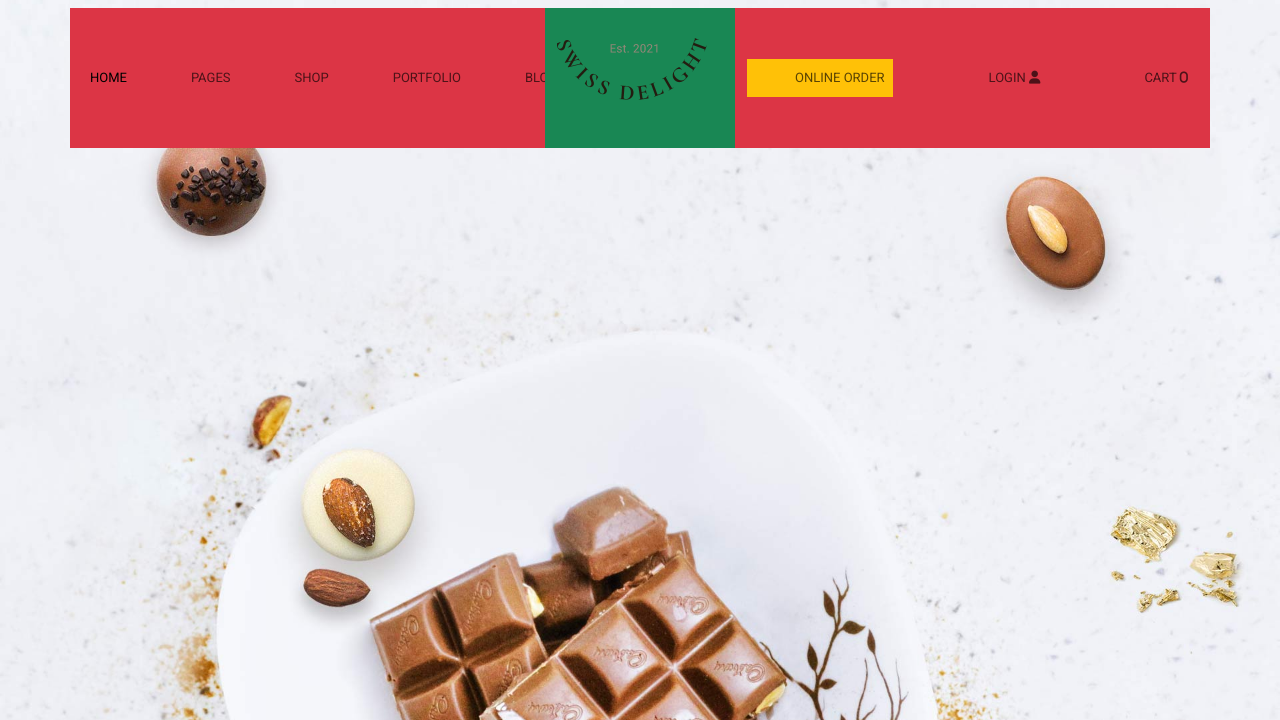
Repository: HadelAbdellatif/Project1
Page: index.html
An editor plug-in stored every save of this project. The page is shown before and after the next save, followed by the edit.
The browser window is 1280 px wide. The pictures show the whole page.

Above is the page before, as saved 2023-10-15 00:54:40.
Console error: TypeError: Cannot read properties of null (reading 'addEventListener')

### index.html
<!doctype html>
<html lang="en">

<head>
  <meta charset="utf-8">
  <meta name="viewport" content="width=device-width, initial-scale=1">
  <title>Bootstrap demo</title>

  <!-- Bootsrap 5.3 -->
  <link href="assets/css/bootstrap.min.css" rel="stylesheet">


  <!-- fontawesome 6.4 -->
  <link href="assets/css/all.min.css" rel="stylesheet">

  <!-- Custom css -->
  <link href="assets/css/style.css" rel="stylesheet">

  <!-- Media -->
  <link href="assets/css/media.css" rel="stylesheet">


</head>

<body>

  <!-- Start Navbar -->

  <nav class="navbar navbar-expand-lg bg-transparent fixed-top">
    <div class="container bg-danger ">
      <div class="collapse navbar-collapse" id="navbarSupportedContent">

        <div class="row d-flex">
          <div class="col-md-5 d-flex">
            <ul class="navbar-nav mb-2 mb-lg-0 gap-5 justify-content-center align-items-center">
              <li class="nav-item">
                <a class="nav-link active" aria-current="page" href="#home">HOME</a>
              </li>
              <li class="nav-item">
                <a class="nav-link" href="#pages">PAGES</a>
              </li>
              <li class="nav-item">
                <a class="nav-link" href="#shop">SHOP</a>
              </li>
              <li class="nav-item">
                <a class="nav-link" href="#portfolio">PORTFOLIO</a>
              </li>
              <li class="nav-item">
                <a class="nav-link pe-3" href="#blog">BLOG</a>
              </li>
            </ul>
          </div>

          <div class="col-md-2 bg-success pb-5">
            <a class="nav-item">
              <img src="assets/img/logo-swiss-1.png" width="150px" height="92px" class="ps-0 img-fluid" alt="Logo" />
            </a>
          </div>

          <div class="col-md-5 d-flex">
            <ul class="navbar-nav  pe-0 gap-5 mb-2 mb-lg-0 gap-5 justify-content-center align-items-center">
              <li class="nav-item">
                <a class="nav-link ps-5 bg-warning text-nowrap" href="#onlineOrder">ONLINE ORDER</a>
              </li>
              <li class="nav-item">
                <a class="nav-link ps-5 text-nowrap" href="#login">
                  <span>LOGIN</span>
                  <i class="fa-solid fa-user"></i>
                </a>
              </li>
              <li class="nav-item">
                <a class="nav-link ps-5 text-nowrap" href="#cart">
                  <span>CART</span>
                  <i class="fa-solid fa-0"></i>
                </a>
              </li>
              <li class="nav-item">
                <a class="nav-link ps-5 text-nowrap" href="#more"><i class="fa-solid fa-bars"></i></a>
              </li>
            </ul>
          </div>

        </div>

      </div>
    </div>
  </nav>

  <!-- End of Navbar -->

  <!-- Start header section -->

  <header class="vh-100">

  </header>

  <!-- End header section -->




  <!-- Bootstrap 5.3 -->
  <script src="assets/js/bootstrap.bundle.min.js"></script>

  <!-- Java Script -->
  <script src="assets/JavaScript/JavaScript.js"></script>
</body>

</html>

### assets/css/style.css
/* font-family: 'Heebo', sans-serif; */
@import url('https://fonts.googleapis.com/css2?family=Heebo&display=swap');

/* font-family: 'Cormorant', serif; */
@import url('https://fonts.googleapis.com/css2?family=Cormorant:ital,wght@0,300;1,300&family=Heebo&display=swap');

/* main color */
:root{
    --main-color: #241c10;
}

.bg-main-color{
    background-color: #988779;
}

.text-main-color{
    color: var(--main-color);
}

.border-main-color{
    border-color: var(--main-color)  !important;
}

/* Start Navbar */

.navbar{
    font-family: 'Heebo', sans-serif;
    font-weight: 400;
    font-size: 13px;
    line-height: 22px;
    color: var(--main-color);
}




/* End Navbar */

/* Start header */

header{
    background-image: url('../img/h1-rev-img1-2.jpg');
    background-size: cover;
    background-repeat: no-repeat;
    background-position: center;
}

/* End header */

### assets/css/media.css
@media (max-width:991px){

    .nav-item{
        width: fit-content;
    }

}

@media (max-width:768px){

    .about .count{
        border: none !important;
    }

    .cv .download{
        text-align: center !important;
        margin-bottom: 2rem !important;
    }

    .cv .brands{
        justify-content: center !important;
    }
}


@media (max-width:568px){

    header{
        background-position-x:-235px;
    }

    .header-content{
        align-items: start !important;
    }

    h1{
        font-size: 45px;
    }

    .contact p, .contact form{
        width: 100% !important;
    }

}

### assets/JavaScript/JavaScript.js
// *************  Start Loading ************* //

const loading = document.querySelector('.loading');

window.addEventListener('load', function(){
     this.setTimeout(function(){
        loading.classList.add('opacity-0', 'invisible');
        document.body.style.overflow = 'auto';
     }, 2000)
})

// *************  End of Loading ************* //

// *************  Start scroll-to-top ************* //

const ScrollToTop = document.querySelector('.scroll-to-top');
const aboutSection = document.querySelector('.about');

ScrollToTop.addEventListener('click', function(){
    window.scroll({
        top:0,
        behavior:"smooth"
    })
})

// *************  End scroll-to-top ************* //

// *************  Start Navbar ************* //

const navbar = document.querySelector('.navbar');
const headerContenth = document.querySelector('.header-content h3');

navbar.style.transition = '0.4s background-color';

window.addEventListener('scroll', function(){
    if(window.scrollY > headerContenth.offsetTop){
         navbar.style.backgroundColor = "#fff";
    }
    else{
        navbar.style.backgroundColor = "transparent";
    }
    if(window.scrollY > aboutSection.offsetTop){
        ScrollToTop.classList.remove('opacity-0', 'invisible');
    }
    else{
        ScrollToTop.classList.add('opacity-0', 'invisible');
    }
})

// *************  End of Navbar ************* //

// *************  Start Links ************* //

const NavLinks = document.querySelectorAll('.nav-link');

for(let i=0 ; i<NavLinks.length ; i++){
    NavLinks[i].addEventListener('click', function(e){
        e.preventDefault();

        document.querySelector('.nav-link.active').classList.remove('active');

       // for(let j=0 ; j<NavLinks.length ; j++){
        //    NavLinks[j].classList.remove('active');
       // }

        NavLinks[i].classList.add('active');
        let currentID = this.getAttribute('href');
        let targerSection = document.querySelector(currentID);
        window.scroll({
            top:targerSection.offsetTop,
            behavior:"smooth"
        })
    })
}

// *************  End of Links ************* //

Loaded but not shown: assets/css/bootstrap.min.css (library); assets/css/all.min.css (library); assets/js/bootstrap.bundle.min.js (library)

After the next save:
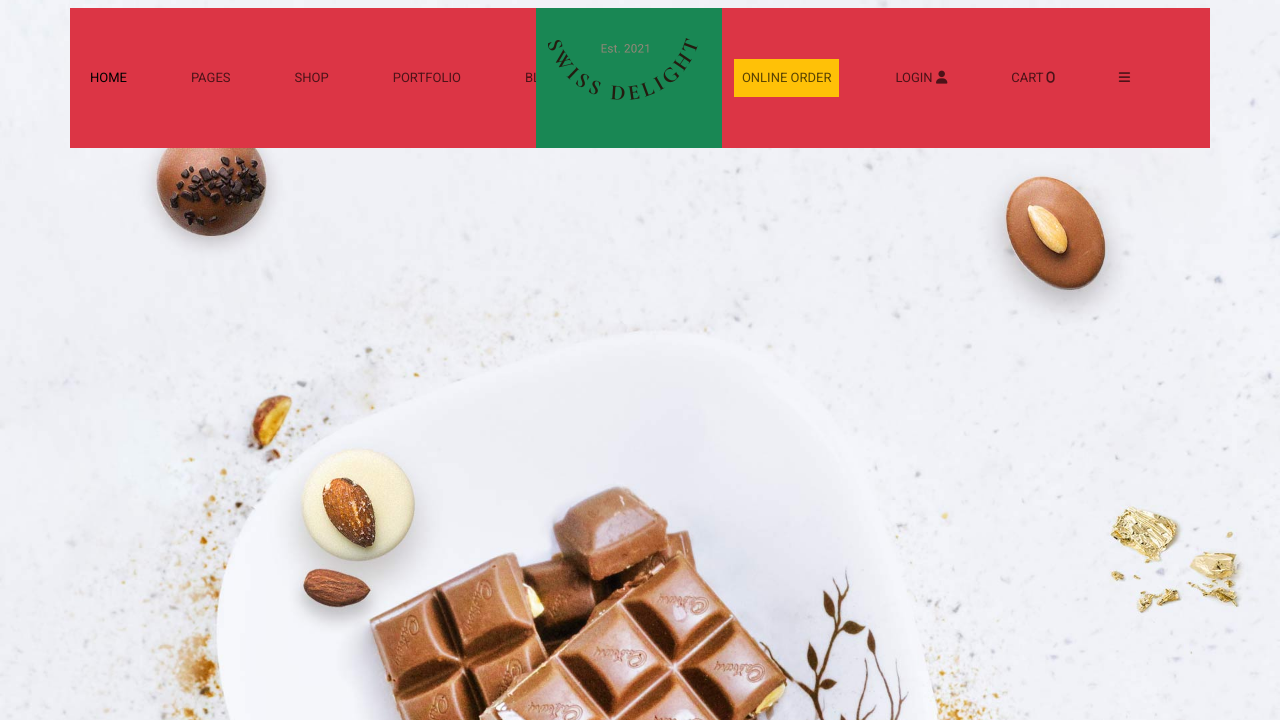
Saved 13 s later.
--- a/index.html
+++ b/index.html
@@ -60,22 +60,22 @@
           <div class="col-md-5 d-flex">
             <ul class="navbar-nav  pe-0 gap-5 mb-2 mb-lg-0 gap-5 justify-content-center align-items-center">
               <li class="nav-item">
-                <a class="nav-link ps-5 bg-warning text-nowrap" href="#onlineOrder">ONLINE ORDER</a>
+                <a class="nav-link bg-warning text-nowrap" href="#onlineOrder">ONLINE ORDER</a>
               </li>
               <li class="nav-item">
-                <a class="nav-link ps-5 text-nowrap" href="#login">
+                <a class="nav-link text-nowrap" href="#login">
                   <span>LOGIN</span>
                   <i class="fa-solid fa-user"></i>
                 </a>
               </li>
               <li class="nav-item">
-                <a class="nav-link ps-5 text-nowrap" href="#cart">
+                <a class="nav-link text-nowrap" href="#cart">
                   <span>CART</span>
                   <i class="fa-solid fa-0"></i>
                 </a>
               </li>
               <li class="nav-item">
-                <a class="nav-link ps-5 text-nowrap" href="#more"><i class="fa-solid fa-bars"></i></a>
+                <a class="nav-link text-nowrap" href="#more"><i class="fa-solid fa-bars"></i></a>
               </li>
             </ul>
           </div>

After the save that followed:
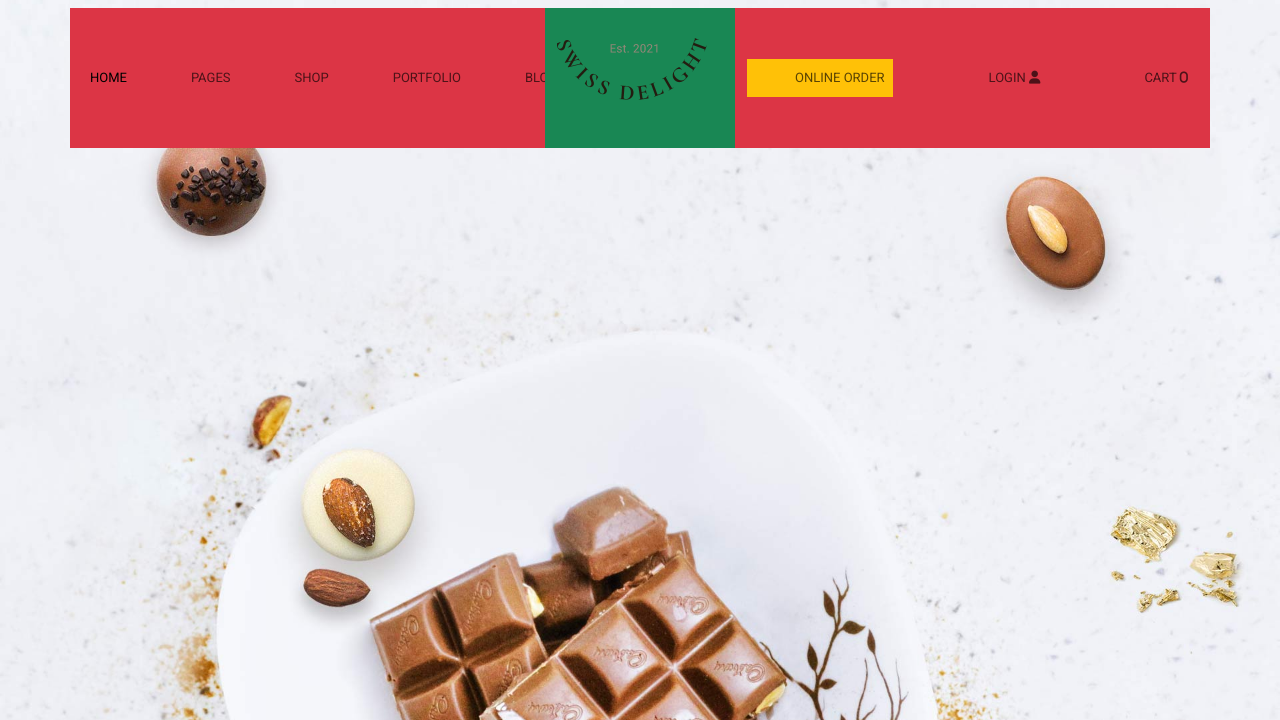
Saved 15 s later.
--- a/index.html
+++ b/index.html
@@ -58,24 +58,24 @@
           </div>
 
           <div class="col-md-5 d-flex">
-            <ul class="navbar-nav  pe-0 gap-5 mb-2 mb-lg-0 gap-5 justify-content-center align-items-center">
+            <ul class="navbar-nav ms-auto mb-2 mb-lg-0 gap-5 justify-content-center align-items-center">
               <li class="nav-item">
-                <a class="nav-link bg-warning text-nowrap" href="#onlineOrder">ONLINE ORDER</a>
+                <a class="nav-link ps-5 bg-warning text-nowrap" href="#onlineOrder">ONLINE ORDER</a>
               </li>
               <li class="nav-item">
-                <a class="nav-link text-nowrap" href="#login">
+                <a class="nav-link ps-5 text-nowrap" href="#login">
                   <span>LOGIN</span>
                   <i class="fa-solid fa-user"></i>
                 </a>
               </li>
               <li class="nav-item">
-                <a class="nav-link text-nowrap" href="#cart">
+                <a class="nav-link ps-5 text-nowrap" href="#cart">
                   <span>CART</span>
                   <i class="fa-solid fa-0"></i>
                 </a>
               </li>
               <li class="nav-item">
-                <a class="nav-link text-nowrap" href="#more"><i class="fa-solid fa-bars"></i></a>
+                <a class="nav-link ps-5 text-nowrap" href="#more"><i class="fa-solid fa-bars"></i></a>
               </li>
             </ul>
           </div>
